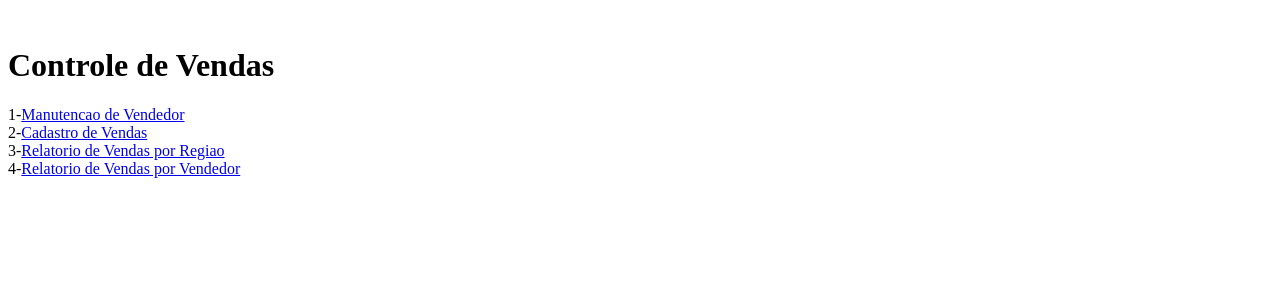
Repository: gabriellacrystina/workspaceWeb
Page: http://localhost/PrjVendas/Menu.jsp
These files come from the project's save history. The page is drawn as it stood at one moment and after the next save; the edit follows.
The browser window is 1280 px wide. The pictures show the whole page.
The page is served by Tomcat 9.

Above is the page before, as saved 2015-09-14 23:23:36.

After the next save:
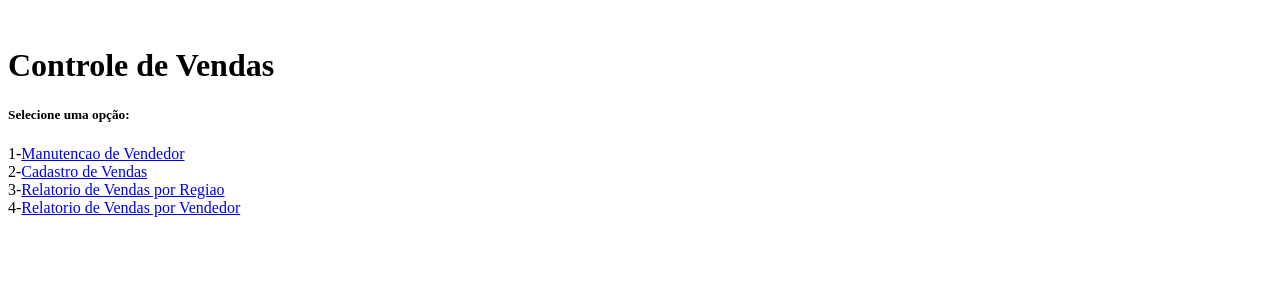
Saved 66 s later.
--- a/PrjVendas/WebContent/Menu.jsp
+++ b/PrjVendas/WebContent/Menu.jsp
@@ -9,6 +9,7 @@
 	<body>
 		<br>
 		<h1>Controle de Vendas</h1>
+				<h5>Selecione uma opção:</h5>
 			1-<a href="ManutencaoVendedor.jsp">Manutencao de Vendedor</a><br>
 			2-<a href="CadastroVendas.jsp">Cadastro de Vendas</a><br>
 			3-<a href="RelatorioVendasRegiao.jsp">Relatorio de Vendas por Regiao</a><br>
